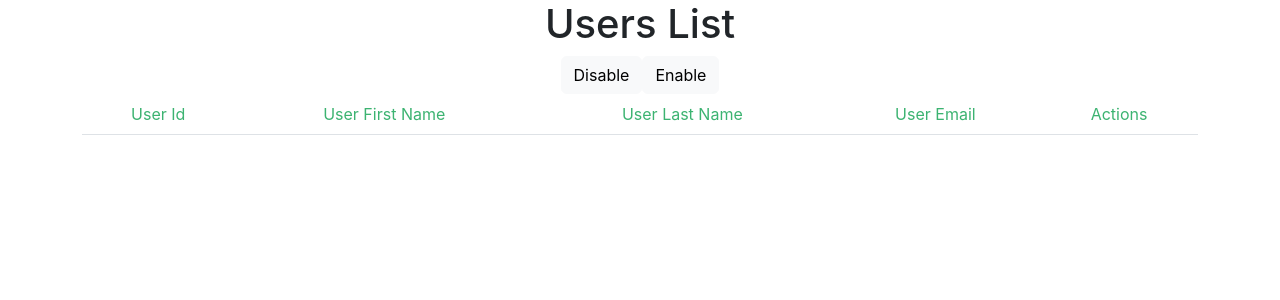
Repository: zerokrezan/SpringBootReactJSProjectFrontEndPartExample
Page: /users
These files come from the project's save history. The page is drawn as it stood at one moment and after the next save; the edit follows.
The browser window is 1280 px wide. The pictures show the whole page.
The page's requests for data from a server got no answer. The project was rebuilt for these pictures with package versions that can differ from the ones it lists, and the page was loaded fresh each time. No one was signed in, and anything a server would have sent is missing. Also part of the build but not shown: src/components/UserCreationComponent.js.

Above is the page before, as saved 2023-04-13 19:16:30.

After the next save:
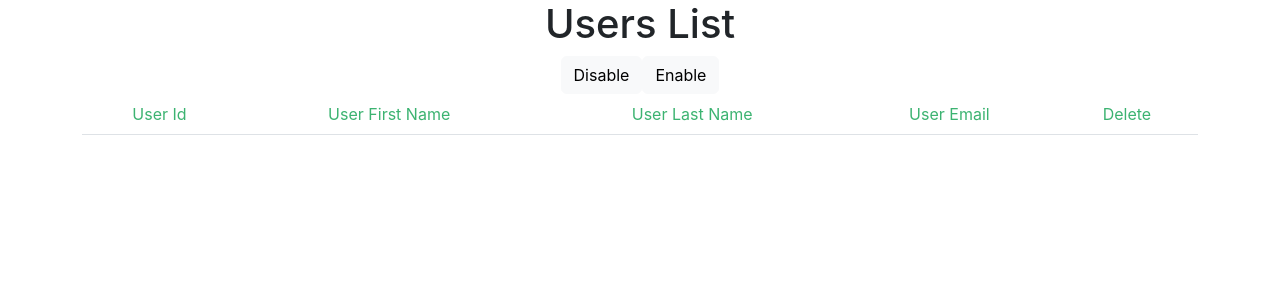
Saved 39 h 24 min later.
--- a/src/components/UserViewComponent.js
+++ b/src/components/UserViewComponent.js
@@ -54,9 +54,6 @@ class UserViewComponent extends React.Component {
 
     }
 
-    hideUsers(){
-        this.setState({users: null})
-    }
 
     render(){
         return (
@@ -75,7 +72,7 @@ class UserViewComponent extends React.Component {
                             <td>User First Name</td>
                             <td>User Last Name</td>
                             <td>User Email</td>
-                            <td>Actions</td>
+                            <td>Delete</td>
                         </tr>
                     </thead>
                     <tbody>
